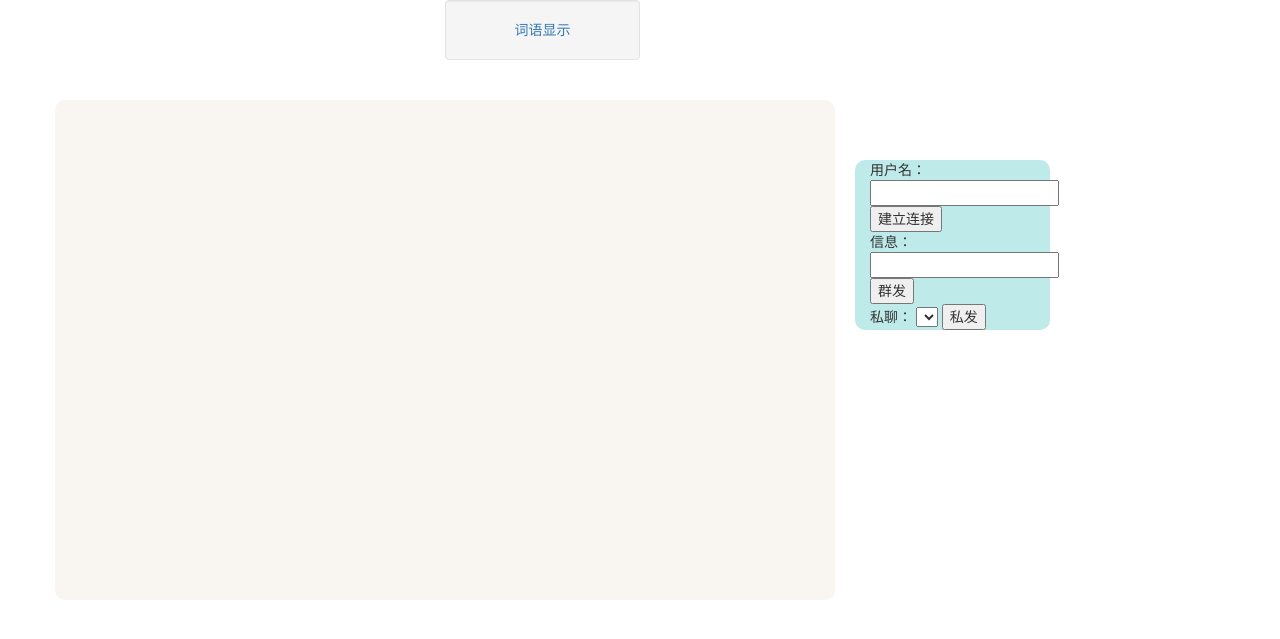
Repository: eheihaha2/whoisthespy-
Page: webDemo/WebContent/room.html
These files come from the project's save history. The page is drawn as it stood at one moment and after the next save; the edit follows.
The browser window is 1280 px wide. The pictures show the whole page.

Above is the page before, as saved 2020-02-26 01:53:17.

### webDemo/WebContent/room.html
<!DOCTYPE html>
<html>
<head>
	<script type="text/javascript" src="js/jquery-1.11.0.min.js"></script>
<script type="text/javascript" src="js/bootstrap.js"></script>
<link rel="stylesheet" href="css/bootstrap.css">
<style type="text/css">
	.show{
			margin-right:0;
			background-color:#f9f6f2;
			height: 500px;
			margin-top:20px;
			border-radius: 10px;
		}
		.mss{
			background-color:#beebe9;
			margin-left:20px;;
			margin-top:80px;
			border-radius: 10px;
		}
}
</style>
	<title></title>
</head>
<body>
	<div class="container">
	<div class="row">
		<div class="well text-center text-primary col-md-2 	col-sm-2 col-md-offset-4">词语显示</div>
	</div>
		<div class="row">
			<div class="col-md-8 col-sm-8 show">
				<div class="info">
				<span class="name"></span>
				<span class="msg"></span>
				</div>
      			<h4 class="userinfo"></h4>
     		</div>
     		<div class="col-md-2 col-sm-2 mss">
			<span>用户名：</span>
      		<input type="text" name="username"/>
     		<button id="connBtn">建立连接</button><br />
			<span>信息：</span>
     		<input type="text" name="info"/>
      		<button id="subBtnAll">群发</button><br />
			<span>私聊：</span>
     		<select id="userList">
			</select>
			<button id="subBtn">私发</button>
			</div>
		</div>
	</div>
</body>
<script type="text/javascript">
	var ws=null;
	var username=null;
	var url="ws://localhost:8080/webDemo/chatRoom/";
		// 后续的消息添加都是用其做二次克隆
      	var info = $(".info").clone();
		//点击建立连接的按钮
      	$("#connBtn").on("click",function(){
      		if("WebSocket" in window){
      			username = $("input[name='username']").val();
      			ws = new WebSocket(url+username);
      			//有了webSocket连接对象之后，我就开始监听消息
      			//服务器端的所有消息都会来到这
      			ws.onmessage = function(evt){
      				var received_msg = evt.data;
      				var jsonReceive_msg = JSON.parse(received_msg);
      				var head = jsonReceive_msg.head;//获得服务器数据，解析数据获得数据类型
      				var data =jsonReceive_msg.data;//真正的data所在
      				switch (head) {
      					case "sendAll":
      					sendAll(data);
      						break;
      					case "sendTo":
      					sendTo(data);
      						break;
      					case "onLine":
      					onLine(data);
      						break;
      					case "userList":
      					userList(data);
      						break;
      					default:
      						break;
      				}
      			}
      		}else{
      			alert("您的浏览器不支持 WebSocket!");
      		}
      	})

      	//细节定义每种功能的数据接口
      	//构建JSON格式发送给服务器：{from:来自谁,msg:消息本身}
      	function sendAll(data){
      		var infoDiv = info.clone();//这个就是我要渲染的dom节点
      		//用于把从服务器端获得的JSON字符串的data解析为原生JS值
      		//var jsonData=JSON.parse(data);
      		infoDiv.find(".name").text("来自于："+data.from+"(群发)");
      		infoDiv.find(".msg").text(data.msg);
      		$(".info").parent().append(infoDiv);
      	}
      	// 构建JSON格式发送给服务器：{from:来自谁,msg:消息本身}
      	function sendTo(data){
      		var infoDiv = info.clone();//这个就是我要渲染的dom节点
      		infoDiv.find(".name").text("来自于："+data.from+"(私发)");
      		infoDiv.find(".msg").text(data.msg);
      		$(".info").parent().append(infoDiv);
      	}
      	// 构建JSON格式发送给服务器：{name:上线人姓名}
      	function onLine(data){
      	//$(".userinfo").empty();
      	console.log(data);
      	$(".userinfo").append("【"+data.name+"上线了】");
      	}
      	// 构建JSON格式发送给服务器：[用户1,用户2]
      	function userList(data){
      		$("#userList").empty();
      		var jsonData=JSON.parse(data);
      		$("#userList").append("<option>请选择</option>");
      		$.each(jsonData,function(index,item){
      			$("#userList").append("<option value="+item+">"+item+"</option>");
      		})
      	}

      	//点击群发按钮
      	$("#subBtnAll").on("click",function(){
      		//var sentName = $("input[name='username']").val();
      		var msg = $("input[name='info']").val();
      		console.log(msg);
      		var jsonMsg={
      			"head":"sendAll",
      			"data":msg
      			//"from":sentName,
      			//"msg":msg
      		}
      		console.log(jsonMsg);
      		//var subAllEnd =JSON.stringify(jsonMsg);
      		ws.send(JSON.stringify(jsonMsg));
      	})
      	//点击私发按钮
      	$("#subBtn").on("click",function(){
      		var msg=$("input[name=info]").val();
      		var toUser=$("#userList").val();
      		console.log(toUser);
      		var jsonMsg={
      			"head":"sendTo",
      			"data":{
      				"to":toUser,
      				"msg":msg
      			}
      		}
      		console.log(jsonMsg);
      		ws.send(JSON.stringify(jsonMsg));
      	})
</script>
</html>

Loaded but not shown: webDemo/WebContent/js/jquery-1.11.0.min.js (library); webDemo/WebContent/js/bootstrap.js (library); webDemo/WebContent/css/bootstrap.css (library)

After the next save:
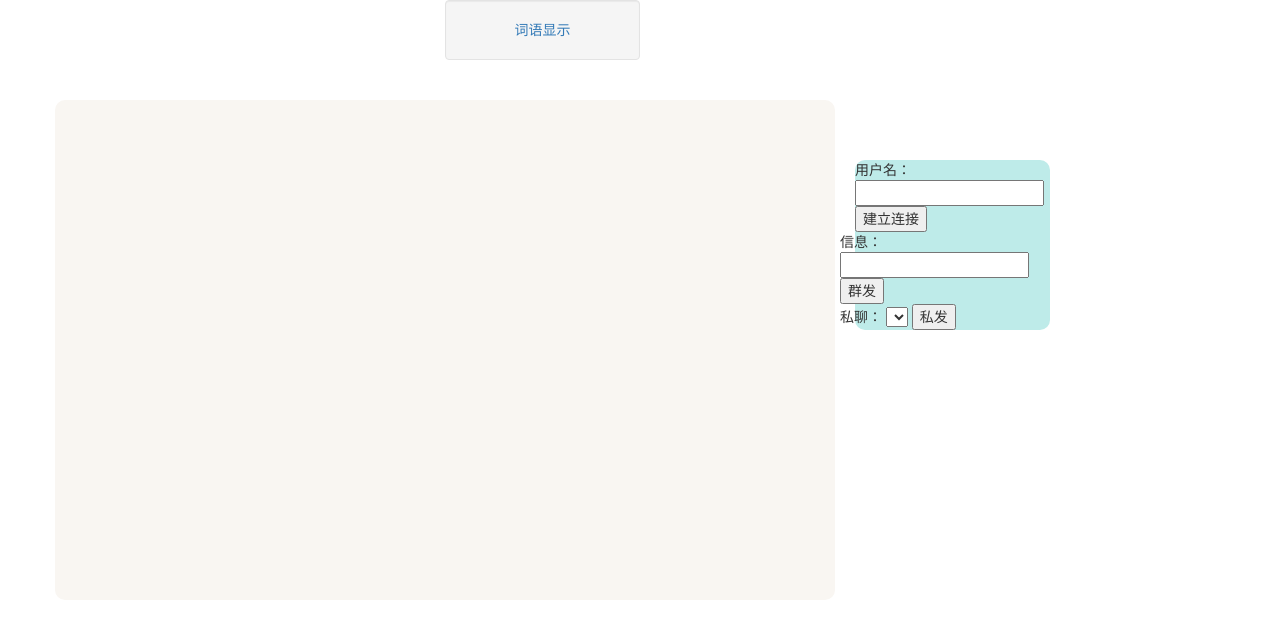
Saved 55 s later.
--- a/webDemo/WebContent/room.html
+++ b/webDemo/WebContent/room.html
@@ -36,9 +36,11 @@
       			<h4 class="userinfo"></h4>
      		</div>
      		<div class="col-md-2 col-sm-2 mss">
-			<span>用户名：</span>
-      		<input type="text" name="username"/>
-     		<button id="connBtn">建立连接</button><br />
+     			<div class="row">
+				<span>用户名：</span>
+      			<input type="text" name="username"/>
+     			<button id="connBtn">建立连接</button><br />
+     			<div class="row">
 			<span>信息：</span>
      		<input type="text" name="info"/>
       		<button id="subBtnAll">群发</button><br />
